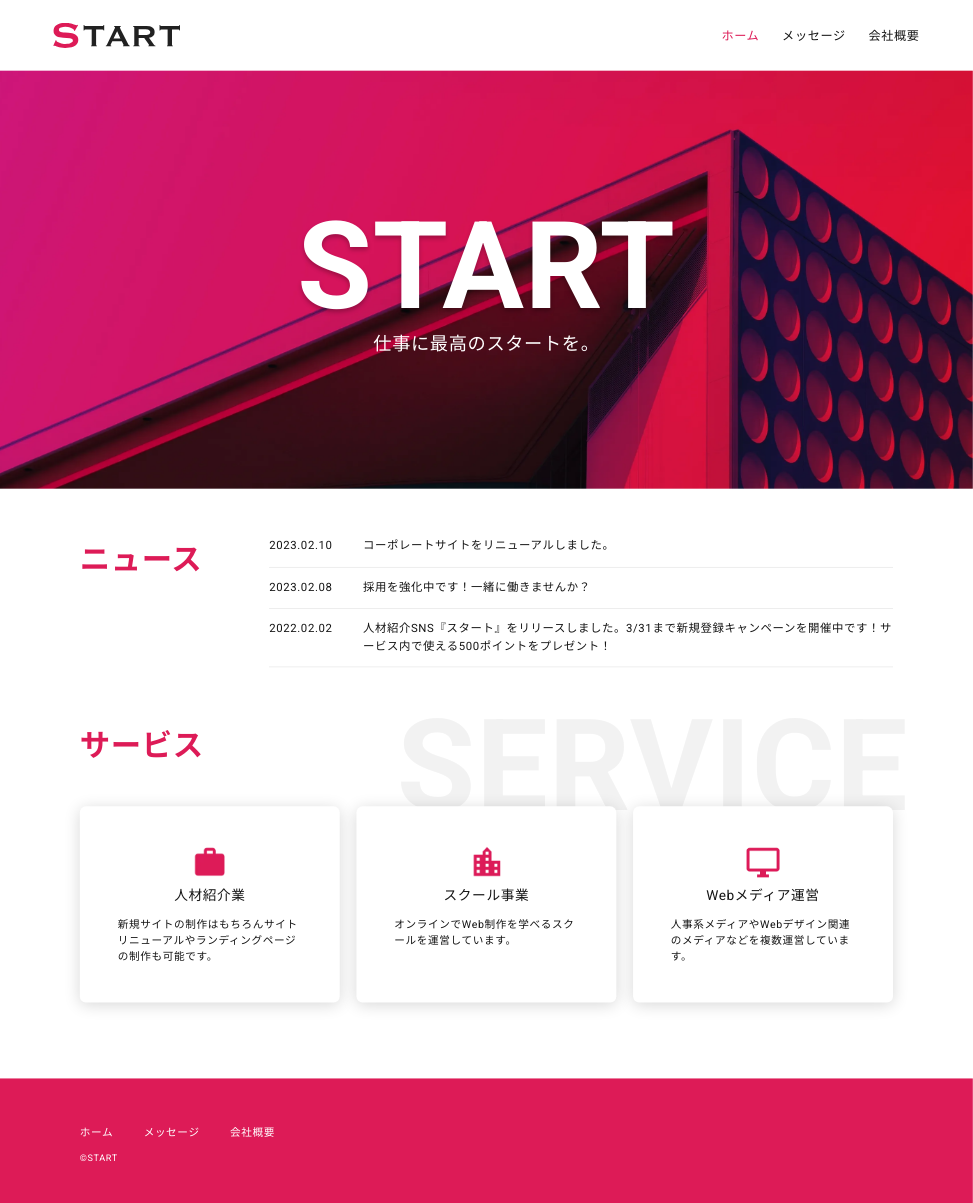
Repository: tetishi/tetishi.github.io
Page: index.html
An editor plug-in stored every save of this project. The page is shown before and after a run of saves, followed by the edit.
The browser window is 1280 px wide. The pictures show the whole page, at 76% of full size.

Above is the page before, as saved 2023-07-18 23:16:32.

### index.html
<!DOCTYPE html>
<html lang="en">
<head>
    <meta charset="UTF-8">
    <meta http-equiv="X-UA-Compatible" content="IE=edge">
    <meta name="viewport" content="width=device-width, initial-scale=1.0">
    <title>Start</title>
    <!-- <link rel="stylesheet" type="text/css" href="http://yui.yahooapis.com/3.18.1/build/cssreset/cssreset-min.css"> -->
    <link rel="preconnect" href="https://fonts.googleapis.com">
    <link rel="preconnect" href="https://fonts.gstatic.com" crossorigin>
    <link href="https://fonts.googleapis.com/css2?family=Noto+Sans+JP:wght@500;700&family=Roboto:wght@400;700&display=swap" rel="stylesheet">
    <link rel="icon" href="img/favicon.ico">
    <link rel="stylesheet" href="./css/reset.css">
    <link rel="stylesheet" href="./css/style.css">
</head>
<body>
    <header class="header">
        <div class="header-inner">
            <h2 class="nav-title">
                <a href="./index.html">
                    <img class="pc" src="img/logo.svg" alt="STARTのロゴ">
                    <img class="sp" src="img/sp_logo.svg" alt="STARTのロゴ">
                </a>
            </h2>
            <nav class="header-nav">
                <ul class="header-list">
                    <li class="header-item">
                        <a href="./index.html" class="text-red">ホーム</a>
                    </li>
                    <li class="header-item">
                        <a href="./message.html">メッセージ</a>
                    </li>
                    <li class="header-item">
                        <a href="./company.html">会社概要</a>
                    </li>
                </ul>
            </nav>
            <div class="overlay"></div>
            <div class="hamburger-menu">
                <button class="hamburger-btn">
                    <span class="bar bar_top"></span>
                    <span class="bar bar_mid"></span>
                    <span class="bar bar_bottom"></span>
                </button>
            </div>
        </div>
    </header>

    <main>
        <!-- fv -->
        <div class="fv">
            <div class="fv_img">
                <picture>
                    <source srcset="./img/fv.webp" type="image/webp">
                    <img src="./img/fv.jpg" alt="STARTの赤いイメージ背景">
                </picture>
            </div>
            <div class="sp_fv_img">
                <picture>
                    <source srcset="./img/sp_fv.webp" type="image/webp">
                    <img src="./img/sp_fv.jpg" alt="STARTの赤いイメージ背景">
                </picture>
            </div>
            <!-- page-title-wrapper -->
            <div class="page-title-wrapper">
                <h1 class="page-title">START</h1>
                <div class="page-title-bottom">仕事に最高のスタートを。</div>
                <!-- /.page-title-bottom -->
            </div>
        </div>

        <!-- news -->
        <section id="news" class="section-wrapper news-wrapper">
            <div class="section-inner news-inner">
                <h2 class="section-title news-title">
                    ニュース
                </h2>
                <div class="news-container">
                    <ul class="news-list">
                        <li class="news-item">
                            <time datetime="2023.02.10">2023.02.10</time>
                            <a href="#news">コーポレートサイトをリニューアルしました。</a>
                        </li>
                        <li class="news-item">
                            <time datetime="2023.02.08">2023.02.08</time>
                            <a href="#news">採用を強化中です！一緒に働きませんか？</a>
                        </li>
                        <li class="news-item">
                            <time datetime="2022.02.02">2022.02.02</time>
                            <a href="#news">人材紹介SNS『スタート』をリリースしました。3/31まで新規登録キャンペーンを開催中です！サービス内で使える500ポイントをプレゼント！</a>
                        </li>
                    </ul>
                </div>
                <!-- /.news-container -->
            </div>
            <!-- /.section-inner -->
        </section>

        <!-- service -->
        <section id="service" class="section-wrapper service-wrapper">
            <div class="section-inner">
                <h2 class="section-title text-right text-white">サービス</h2>
                <h2 class="upper-text text-white">SERVICE</h2>
                <ul class="service-list">
                    <li class="service-item">
                            <picture>
                                <source srcset="./img/bag.webp" type="image/webp">
                                <img src="./img/bag.png" alt="手提げ鞄">
                            </picture>
                            <h3 class="service-item-title">人材紹介業</h3>
                            <p class="service-item-text">
                                新規サイトの制作はもちろんサイトリニューアルやランディングページの制作も可能です。
                            </p>
                    </li>
                    <li class="service-item">
                            <picture>
                                <source srcset="./img/school.webp" type="image/webp">
                                <img src="./img/school.png" alt="スクール">
                            </picture>
                            <h3 class="service-item-title">スクール事業</h3>
                            <p class="service-item-text">
                                オンラインでWeb制作を学べるスクールを運営しています。
                            </p>
                    </li>
                    <li class="service-item">
                            <picture>
                                <source srcset="./img/web.webp" type="image/webp">
                                <img src="./img/web.png" alt="モニター">
                            </picture>
                            <h3 class="service-item-title">Webメディア運営</h3>
                            <p class="service-item-text">
                                人事系メディアやWebデザイン関連のメディアなどを複数運営しています。
                            </p>
                    </li>
                </ul>
            </div>
            <!-- /.section-inner -->
        </section>

    </main>


    <footer class="footer">
        <div class="section-inner">
            <nav class="footer-nav">
                <ul class="footer-nav-list">
                    <li class="footer-nav-item"><a href="./index.html">ホーム</a></li>
                    <li class="footer-nav-item"><a href="./message.html">メッセージ</a></li>
                    <li class="footer-nav-item"><a href="./company.html">会社概要</a></li>
                </ul>
            </nav>
            <small>&copy;START</small>
        </div>
    </footer>

    <script src="https://ajax.googleapis.com/ajax/libs/jquery/3.6.0/jquery.min.js"></script>
    <script src="js/script.js"></script>
</body>
</html>

### css/reset.css
/*
html5doctor.com Reset Stylesheet
v1.6.1
Last Updated: 2010-09-17
Author: Richard Clark - http://richclarkdesign.com
Twitter: @rich_clark
*/

* {
    box-sizing: border-box;
}

html,
body,
div,
span,
object,
iframe,
h1,
h2,
h3,
h4,
h5,
h6,
p,
blockquote,
pre,
abbr,
address,
cite,
code,
del,
dfn,
em,
img,
ins,
kbd,
q,
samp,
small,
strong,
sub,
sup,
var,
b,
i,
dl,
dt,
dd,
ol,
ul,
li,
fieldset,
form,
label,
legend,
table,
caption,
tbody,
tfoot,
thead,
tr,
th,
td,
article,
aside,
canvas,
details,
figcaption,
figure,
footer,
header,
hgroup,
menu,
nav,
section,
summary,
time,
mark,
ruby,
audio,
video {
    margin: 0;
    padding: 0;
    border: 0;
    outline: 0;
    font-size: 100%;
    vertical-align: baseline;
    background: transparent;
}

body {
    line-height: 1.5;
}

img {
    width: 100%;
    height: auto;
    object-fit: cover;
}

button {
    background-color: transparent;
    border: none;
    cursor: pointer;
    outline: none;
    padding: 0;
    appearance: none;
}

article,
aside,
details,
figcaption,
figure,
footer,
header,
hgroup,
menu,
nav,
section {
    display: block;
}

nav ul {
    list-style: none;
}

li {
    list-style: none;
}

a {
    margin: 0;
    padding: 0;
    font-size: 100%;
    vertical-align: baseline;
    background: transparent;
}

input,
select {
    vertical-align: middle;
}

/*end reset css*/

### css/style.css
/* base */

html {
    font-size: 62.5%;
}
body {
    font-size: 1.6rem;
    letter-spacing: .05em;
    color: #151515;
    font-family: "Roboto", "Noto Sans JP", Arial, "Hiragino Kaku Gothic ProN", "Hiragino Sans", Meiryo, sans-serif;
}
img {
    vertical-align: bottom;
}
.section-inner {
    max-width: 1110px;
    margin: 0 auto;
    padding: 0 20px;
}
.section-title {
    font-size: 4rem;
    color: #DD1B57;
    margin-bottom: 49px;
    /* width: 25%; */
    white-space: nowrap;
}
a {
    color: inherit;
    text-decoration: none;
}
.text-red {
    color: #DD1B57;
}
.pc {
    display: block;
}
.sp {
    display: none;
}

/* header */
.header {
    padding: 30px 70px;
    width: 100%;
}

.header a {
    text-decoration: none;
}
.header-inner {
    display: flex;
    justify-content: space-between;
    align-items: center;
}
.header-list {
    display: flex;
}
.header-item {
    margin-right: 30px;
}
.header-item:last-of-type {
    margin-right: 0;
}
.overlay {
    display: none;
}
.hamburger-btn {
    display: none;
}
.hamburger-menu {
    display: none;
}

/* fv */
.fv {
    min-height: 550px;
    position: relative;
}
.fv img {
    min-height: 550px;
    object-fit: cover;
}
.sp_fv_img {
    display: none;
}
.page-title-wrapper {
    position: absolute;
    left: 50%;
    top: 50%;
    color: #fff;
    transform: translate(-50%,-50%);
    line-height: 1;
}
.page-title {
    font-size: 16rem;
    font-weight: bold;
    margin-bottom: 10px;
    text-shadow: 0 4px 6px rgb(0 0 0 / 25%);
}
.page-title-bottom {
    font-size: 24px;
    text-align: center;
}

/* news */
.news-wrapper {
    margin: 64px 0 74px 0;
}
.news-inner {
    display: flex;
    column-gap: 88px;
}
.news-item {
    padding: 15px 0 16px 0;
    border-bottom: 1px solid #E8E8E8;
    display: flex;
    font-size: 1.5rem;
}
.news-item:first-of-type {
    padding: 0 0 16px 0;
}
.news-item a {
    margin-left: 40px;
}

/* service */
.service-wrapper {
    margin-bottom: 100px;
}
.service-wrapper .section-inner {
    position: relative;
}
.upper-text {
    position: absolute;
    right: 0px;
    top: -69px;
    font-size: 16.8rem;
    font-weight: bold;
    margin: 0 auto;
    opacity: .05;
    z-index: 0;
}
.service-list {
    display: flex;
    justify-content: space-between;
    position: relative;
    z-index: 1;
}
.service-item {
    width: 32%;
    background-color: #fff;
    box-shadow: 0 3px 21px rgba(0, 0, 0, .16);
    border-radius: 8px;
}
.service-item img {
    width: 48px;
    display: block;
    margin: 0 auto;
    padding-top: 50px;
}
.service-item-title {
    text-align: center;
    font-size: 1.8rem;
    font-weight: normal;
    margin-top: 5px;
}
.service-item-text {
    padding: 15px 50px 50px 50px;
    font-size: 1.4rem;
}

/* footer */
.footer {
    background-color: #DD1B57;
    color: #fff;
    height: 164px;
}
.footer-nav-list {
    display: flex;
    font-size: 1.4rem;
    padding: 61px 0 9px;
}
.footer-nav-item {
    margin-right: 40px;
}
small {
    font-size: 1.2rem;
    margin-bottom: 50px;
}

@media screen and (max-width: 768px) {
    /* base_sp */
    .section-inner {
        padding: 0 20px;
    }
    .section-title {
        font-size: 3.2rem;
        margin-bottom: 19px;
        width: 100%;
    }
    .pc {
        display: none;
    }
    .sp {
        display: block;
    }

    /* header_sp */
    .header {
        padding: 0;
        z-index: 1;
        position: relative;
    }
    .header-inner {
        height: 60px;
    }
    .nav-title {
        padding: 0 0 0 20px;
    }
    .header-nav {
        display: none;
        position: fixed;
        top: 0;
        right: 0;
        width: 50%;
        height: 100vh;
        background-color: #DD1B57;
    }
    .header-list {
        height: 100%;
        flex-direction: column;
        padding: 96px 0 0 40px;
    }
    .text-red {
        color: #fff;
        opacity: .5;
    }
    .header-item {
        margin: 0 0 27px;
        color: #fff;
    }
    .header-item:last-of-type {
        margin-bottom: 0;
    }
    .hamburger-menu {
        display: block
    }
    .hamburger-btn {
        display: block;
        background-color: #DD1B57;
        padding: 0px 16px;
        width: 60px;
        height: 60px;
    }
    .hamburger-btn .bar {
        display: block;
        width: 26px;
        height: 2px;
        background-color: #fff;
        transition: .3s;
        border-radius: 4px;
    }
    .bar_mid,
    .bar_bottom {
        margin-top: 8px;
    }
    .hamburger-btn.cross .bar_top {
        transform: rotate(45deg) translate(7px, 7px);
        transition: .3s;
    }
    .hamburger-btn.cross .bar_middle {
        opacity: 0;
        transition: .3s;
    }
    .hamburger-btn.cross .bar_bottom {
        transform: rotate(-45deg) translate(7px, -7px);
        transition: .3s;
    }
    body.noscroll {
        overflow: hidden;
    }
    .overlay.active {
        display: block;
        height: 100vh;
        left: 0;
        position: fixed;
        top: 0;
        width: 50%;
    }

    /* fv_sp */
    .fv {
        height: calc(100vh - 60px);
    }
    .fv img {
        height: calc(100vh - 60px);
    }
    .fv_img {
        display: none;
    }
    .sp_fv_img {
        display: block;
    }
    .page-title {
        font-size: 8rem;
        font-weight: bold;
    }
    .page-title-bottom {
        font-size: 2rem;
    }

    /* news_sp */
    .news-wrapper {
        margin: 33px 0 58px 0;
    }
    .news-inner {
        display: block;
    }
    .news-item {
        flex-flow: column;
        padding: 20px 0 16px 0;
    }
    .news-item:first-child {
        padding: 0 0 16px 0;
    }
    .news-item a {
        margin-left: 0px;
        margin-top: 7px;
    }

    /* service_sp */
    .service-wrapper {
        margin-bottom: 60px;
    }
    .upper-text {
        right: 0px;
        top: -5px;
        font-size: 7rem;
    }
    .service-list {
        display: block;
    }
    .service-item {
        width: 100%;
        margin-bottom: 20px;
    }
    .service-item img {
        width: 60px;
        padding-top: 40px;
    }
    .service-item-title {
        margin-top: 7px;
    }
    .service-item-text {
        padding: 10px 30px 40px 30px;
    }

    /* footer_sp */
    .footer {
        height: 120px;
    }
    .footer-nav-list {
        font-size: 1.2rem;
        padding: 41px 0 9px;
    }
    .footer-nav-item {
        margin-right: 25px;
    }
    small {
        font-size: 1rem;
        margin-bottom: 29px;
    }
}

### js/script.js
//ハンバーガーボタン
$('.hamburger-menu').on('click', function() {
    $('.header-nav').fadeToggle(300);
    $('.hamburger-btn').toggleClass('cross');
    $('body').toggleClass('noscroll');

    if($('.hamburger-btn').hasClass('cross')) {
        $('.overlay').toggleClass('active');
        $('.overlay').on('click', function() {
            $('.header-nav').fadeOut(300);
            $('.hamburger-btn').removeClass('cross');
            $('body').removeClass('noscroll');
            $('.overlay').removeClass('active');
        })
    }
});

After the next 2 saves:
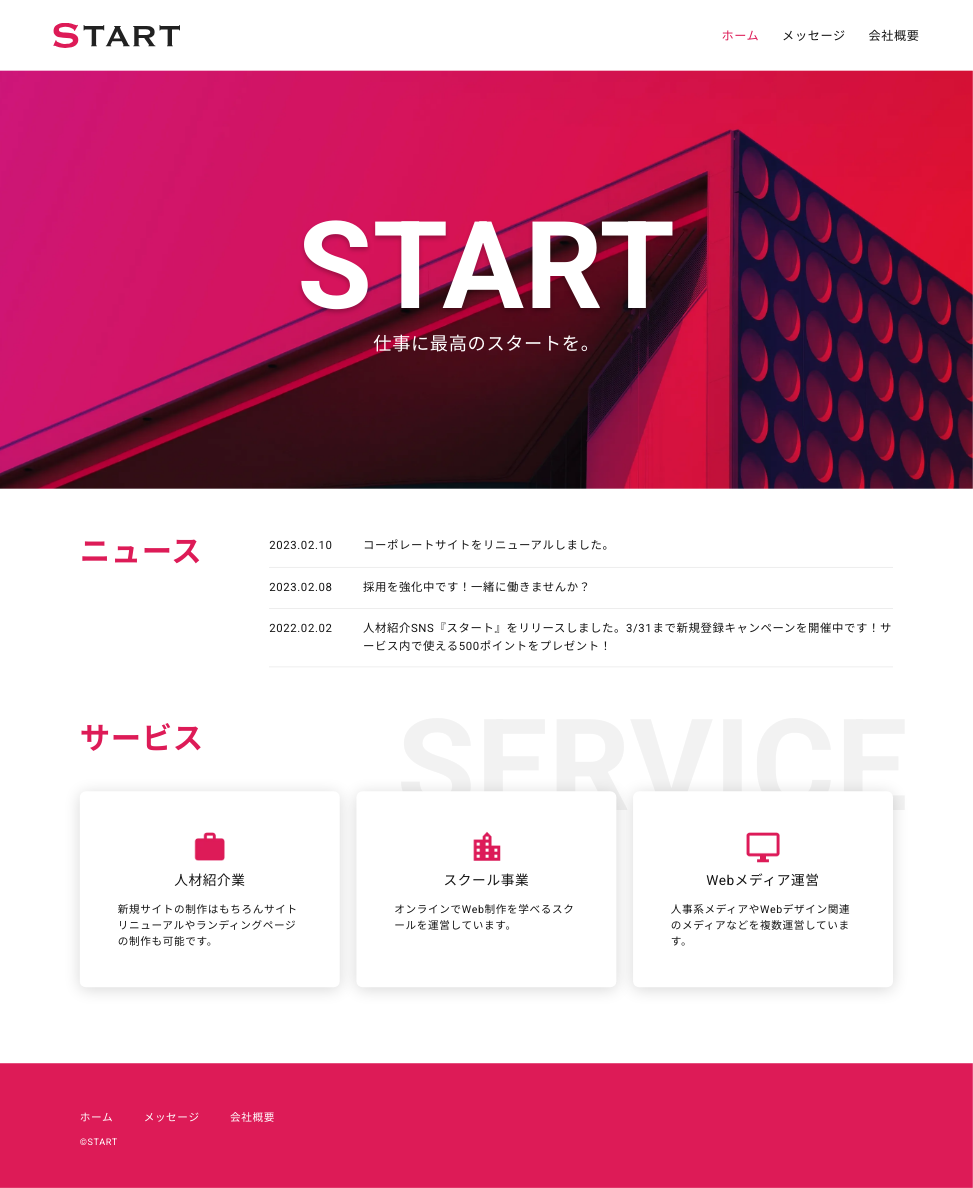
The 2 saves are shown as one change because they came seconds apart.
The last was saved 4 days later.
--- a/css/style.css
+++ b/css/style.css
@@ -23,6 +23,7 @@ img {
     margin-bottom: 49px;
     /* width: 25%; */
     white-space: nowrap;
+    line-height: 1;
 }
 a {
     color: inherit;
